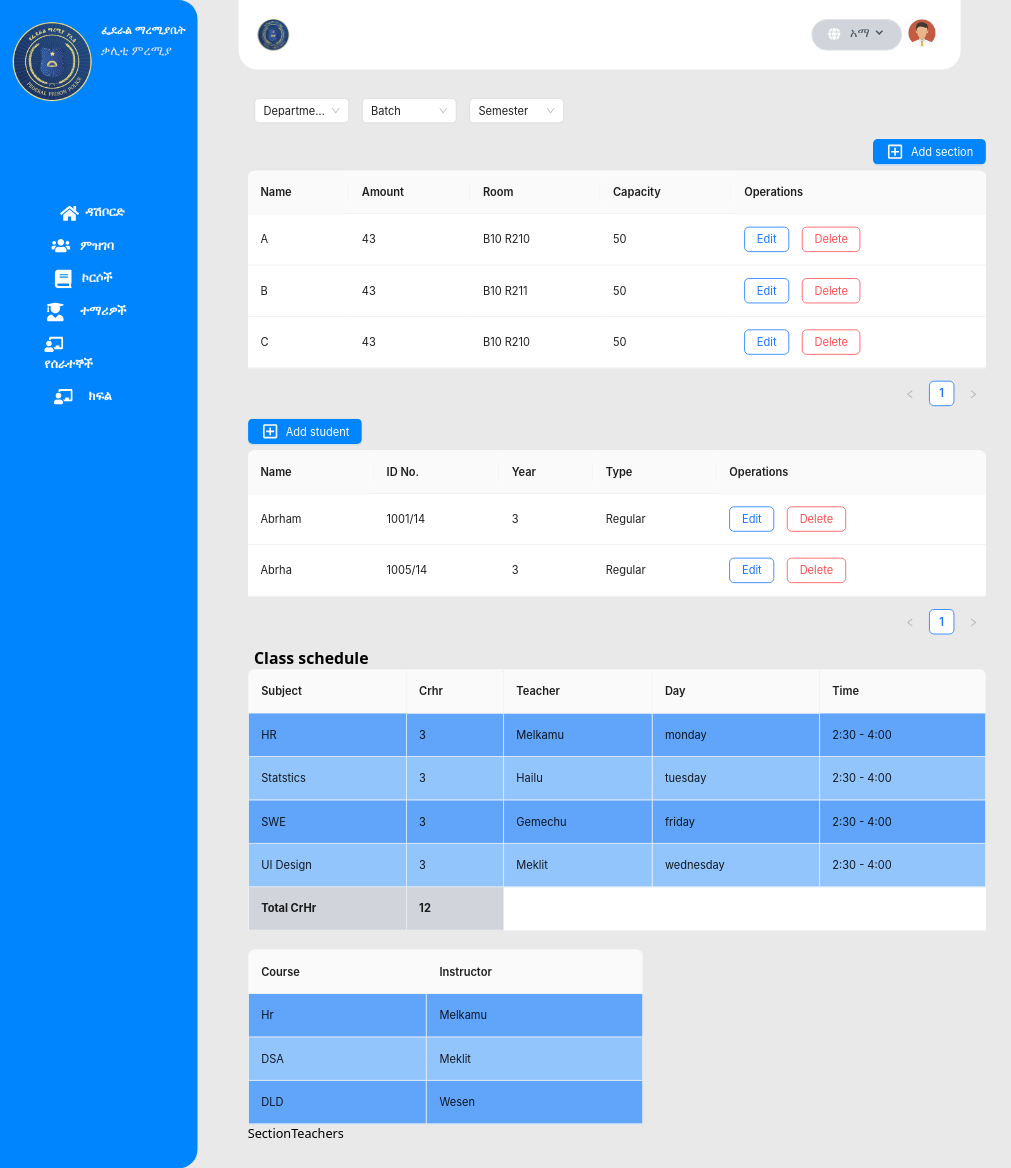
Repository: Yigoya/federal-prison-education-ms-frontend
Page: /classroom, after clicking the first element matching `td.ant-table-cell > a`
These files come from the project's save history. The page is drawn as it stood at one moment and after the next save; the edit follows.
The browser window is 1280 px wide. The pictures show the whole page, at 79% of full size.
The project was rebuilt for these pictures with package versions that can differ from the ones it lists, and the page was loaded fresh each time. Also part of the build but not shown: vite.config.js, src/App.css, src/pages/DashBoard.jsx, src/pages/Courses.jsx, src/layout/AuthLayout.jsx, src/pages/Login.jsx, src/pages/Teachers.jsx, src/pages/StudentRegistration.jsx and 3 more. Imported but missing from the stored project, and not drawn on this page: src/pages/Students.

Above is the page before, as saved 2024-07-05 09:54:58.

After the next save:
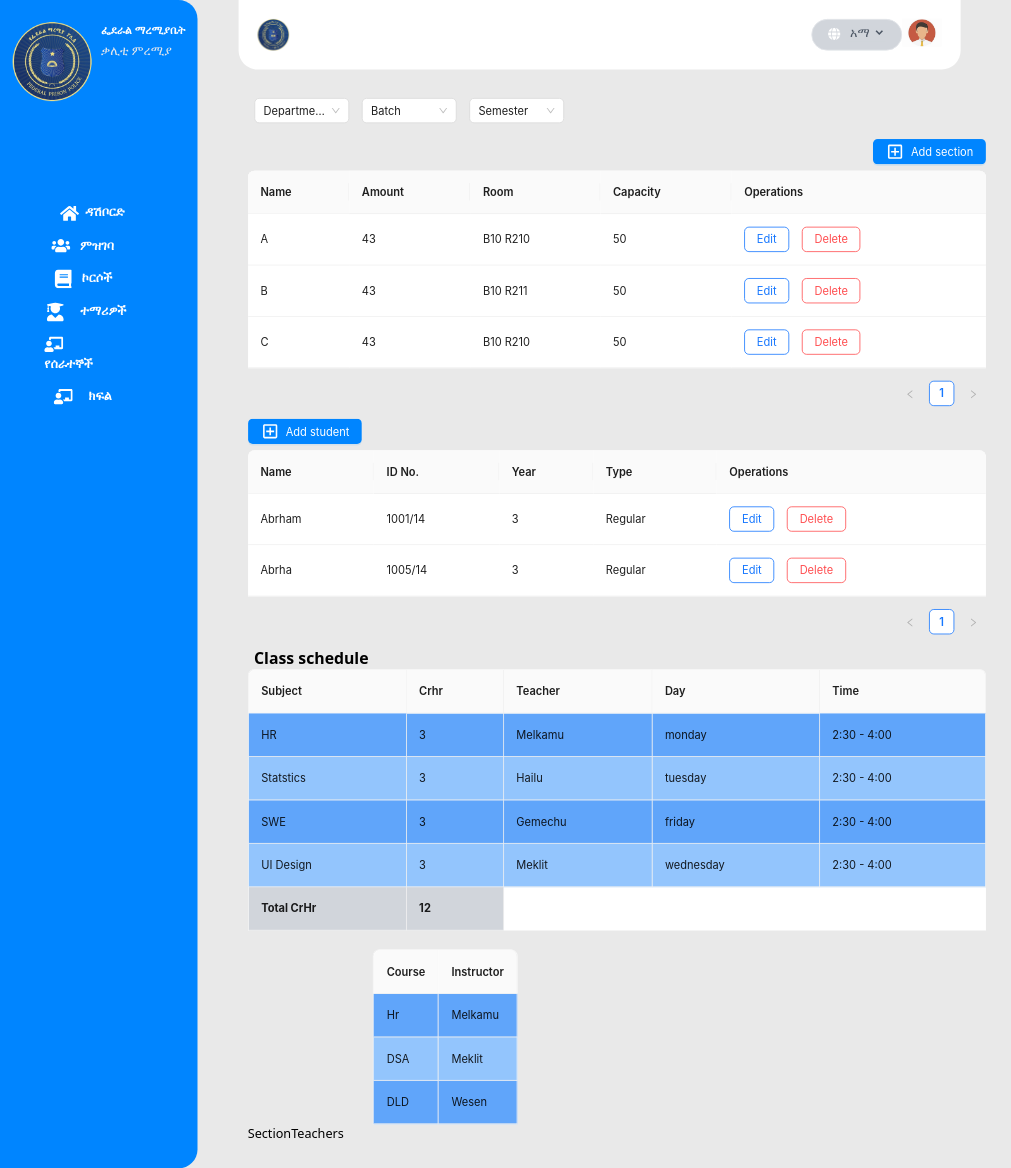
Saved 8 s later.
--- a/src/components/classroom/CoursesList.jsx
+++ b/src/components/classroom/CoursesList.jsx
@@ -29,7 +29,7 @@
 
 const CoursesList = () => (
   <>
-    <div className="w-[500px] grid ">
+    <div className="w-[500px] grid place-content-center">
       <Table
         columns={columns}
         dataSource={data}
